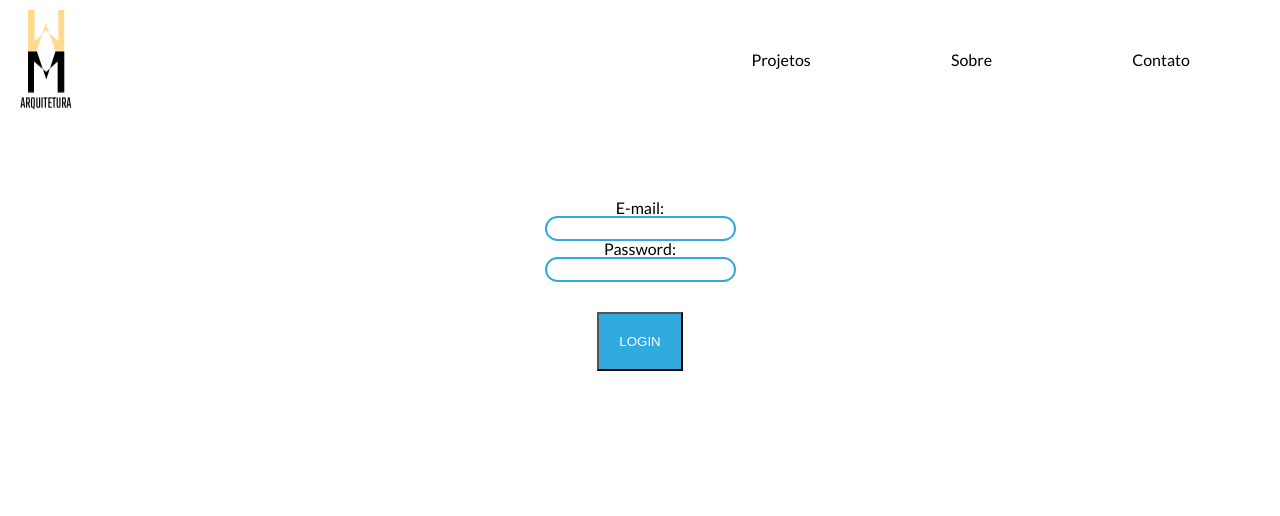
Repository: Luandro-com/wmedeiros
Page: /login
An editor plug-in stored every save of this project. The page is shown before and after the next save, followed by the edit.
The browser window is 1280 px wide. The pictures show the whole page.
The project was rebuilt for these pictures with package versions that can differ from the ones it lists, and the page was loaded fresh each time. Also part of the build but not shown: src/components/App.css, src/components/Projects.css, src/components/Projects.js, src/components/About.js, src/components/Contact.js.

Above is the page before, as saved 2018-02-07 16:35:02.

### public/index.html
<!DOCTYPE html>
<html lang="pt-br">
  <head>
    <meta charset="utf-8">
    <meta name="viewport" content="width=device-width, initial-scale=1, shrink-to-fit=no">
    <meta name="theme-color" content="#000000">
    <!--
      manifest.json provides metadata used when your web app is added to the
      homescreen on Android. See https://developers.google.com/web/fundamentals/engage-and-retain/web-app-manifest/
    -->
    <link rel="manifest" href="%PUBLIC_URL%/manifest.json">
    <link rel="shortcut icon" href="%PUBLIC_URL%/favicon.ico">
    <!--
      Notice the use of %PUBLIC_URL% in the tags above.
      It will be replaced with the URL of the `public` folder during the build.
      Only files inside the `public` folder can be referenced from the HTML.

      Unlike "/favicon.ico" or "favicon.ico", "%PUBLIC_URL%/favicon.ico" will
      work correctly both with client-side routing and a non-root public URL.
      Learn how to configure a non-root public URL by running `npm run build`.
    -->
    <title>Wesley Medeiros Arquitetura</title>
  </head>
  <body>
    <noscript>
      Você precisa estar rodando Javascript para acessar :(
    </noscript>
    <div id="root"></div>
    <!--
      This HTML file is a template.
      If you open it directly in the browser, you will see an empty page.

      You can add webfonts, meta tags, or analytics to this file.
      The build step will place the bundled scripts into the <body> tag.

      To begin the development, run `npm start` or `yarn start`.
      To create a production bundle, use `npm run build` or `yarn build`.
    -->
  </body>
</html>

### src/index.js
import React from 'react';
import ReactDOM from 'react-dom';
import firebase from 'firebase';
import './reset.css';
import './index.css';
import "typeface-lato";
import App from './components/App';
import registerServiceWorker from './registerServiceWorker';
const config = {
  apiKey: "AIzaSyAb3xJVNG-hd2F59HAXRRF4DvenRQsNYII",
  authDomain: "wmarquitetura-b9781.firebaseapp.com",
  databaseURL: "https://wmarquitetura-b9781.firebaseio.com",
  projectId: "wmarquitetura-b9781",
  storageBucket: "",
  messagingSenderId: "888983865049"
};
firebase.initializeApp(config);

ReactDOM.render(<App />, document.getElementById('root'));
registerServiceWorker();

### src/index.css
body {
  font-family: 'Lato', sans-serif
}
a {
  color: #000;
  text-decoration: none;
}

### src/components/App.js
import React from 'react'
import {
  BrowserRouter as Router,
  Route,
  Switch
} from 'react-router-dom'
import './App.css';
import Header from './Header'
import Projects from './Projects'
import About from './About'
import Contact from './Contact'
import Login from './Login'

const App = ({ location }) => (
  <Router>
    <div className="App-container">
      <Header />
      <Route
        render={({ location }) => (
            <Switch location={location}>
              <Route exact path="/" component={Projects}/>
              <Route path="/sobre" component={About}/>
              <Route path="/contato" component={Contact}/>
              <Route path="/login" component={Login}/>
            </Switch>
        )}
      />
    </div>
  </Router>
)
export default App

### src/components/Header.js
import React, { Component} from 'react';
import { NavLink } from 'react-router-dom';
import { withRouter } from 'react-router';
import './Header.css';
import Logo from '../logo.png';
import Menu from '../menu.svg';
import Close from '../close.svg';

const Links = ({ className, close }) => (
  <div className={className}>
    <NavLink activeClassName="Header-nav-active" onClick={close} exact to="/">Projetos</NavLink>
    <NavLink activeClassName="Header-nav-active" onClick={close} to="/sobre">Sobre</NavLink>
    <NavLink activeClassName="Header-nav-active" onClick={close} to="/contato">Contato</NavLink>
  </div>
)

 class Header extends Component {
  constructor (props) {
    super(props)
    this.state = {
      modalOpen: false
    }
  }

  componentWillReceiveProps(nextProps) {
    if (nextProps.history.action === "PUSH") {
      this.handleClose();
    }
  }

  handleOpen = () => {
    this.setState({
      modalOpen: true
    })
  }

  handleClose = () => {
    this.setState({
      modalOpen: false
    })
  }

  render () {
    return (
      <div className="Header-container">
        <div className="Header-modal" style={ this.state.modalOpen ? { display: 'flex' } : { display: 'none' }}>
          <div onClick={this.handleClose} className="Header-modal-button">
            <img src={Close} alt="close" />
          </div>
          <br />
          <Links className="Header-modal-body" />
        </div>
        <header className="Header" style={ !this.state.modalOpen ? { display: 'flex' } : { display: 'none' }}>
          <div className="Header-logo">
            <img src={ Logo } alt="Wesley Medeiros Arquitetura" />
          </div>
          <div onClick={this.handleOpen} className="Header-button">
            <img src={Menu} alt="menu" />
          </div>
          <Links className="Header-nav" close={this.handleClose} />
        </header>
      </div>
    );
  }
}

export default withRouter(Header);

### src/components/Login.js
import React, { Component } from 'react';
// import firebase from 'firebase';
import './Login.css';

export default class extends Component {
  constructor(props) {
    super(props)
    this.state = {
      email: 'your@email.com',
      password: ''
    }
  }

  handleSubmit = (info) => {
    console.log('Form', info)
    // const cred = firebase.auth.EmailAuthProvider.credential(
    //   email,
    //   password
    // );
  }

  render() {
    const { email, password } = this.props
    return (
      <div className="Login">
        <form onSubmit={this.handleSubmit}>
          <label>
            <h3>E-mail:</h3>
            <input type="email" onChange={(input) => this.setState({ email: input })} value={email} />
          </label>
          <label>
            <h3>Password:</h3>
            <input type="password" onChange={(input) => this.setState({ password: input })} value={password} />
          </label>
          <br />
          <button type="submit" value="Submit">
            Login
          </button>
        </form>
      </div>
    );
  }
}

### src/components/Header.css
.Header-container {
}

.Header {
  display: flex;
  justify-content: space-around;
  align-items: center;
  padding: 10px 20px;
}

.Header-logo {
  height: 100px;
  width: 80%;
}

.Header-logo img {
  height: 100px;
  width: 52px;
}

.Header-button {
  position: fixed;
  top: 20px;
  right: 20px;
  background: #fff;
  padding: 5px;
  border-radius: 15%;
}

.Header-button img, .Header-modal-button img {
  width: 25px;
  height: 25px;
}

.Header-nav {
  display: none;
}

.Header-nav-active {
  color: #F6B352;
}

.Header-modal {
  width: 100%;
  height: 100vh;
  background: rgba(0,0,0,0.85);
  overflow-y: hidden;
  overflow-x: auto;
  position: fixed;
  top: 0;
  left: 0;
}

.Header-modal-button {
  position: fixed;
  top: 20px;
  right: 20px;
}

.Header-modal-body {
  display: flex;
  flex-direction: column;
  padding: 100px 0 0;
  text-align: center;
  margin: 0 auto;
}

.Header-modal-body a {
  color: #fff;
  text-align: center;
  font-size: 2.5em;
  padding: 10% 0;
  text-transform: uppercase;
}

.Header-modal-open {
  display: flex;
}

.Header-modal-closed {
  display: none;
}

@media screen and (min-width: 720px) {
  .Header-button {
    display: none;
  }
  .Header-nav {
    width: 70%;
    display: flex;
    justify-content: space-around;
    align-items: center;
  }
}

### src/components/Login.css
.Login {
  width: 80%;
  margin: 0 auto;
  text-align: center;
  padding-top: 80px;
}

.Login form > * {
  margin: 30px 0;
}

.Login input {
  border: 2px solid #30A9DE;
  padding: 3px 5px;
  border-radius: 15px;
}

.Login button {
  padding: 20px;
  background: #30A9DE;
  color: #fff;
  text-align: center;
  text-transform: uppercase;
}

Loaded but not shown: src/reset.css (common file); src/registerServiceWorker.js (common file)

After the next save:
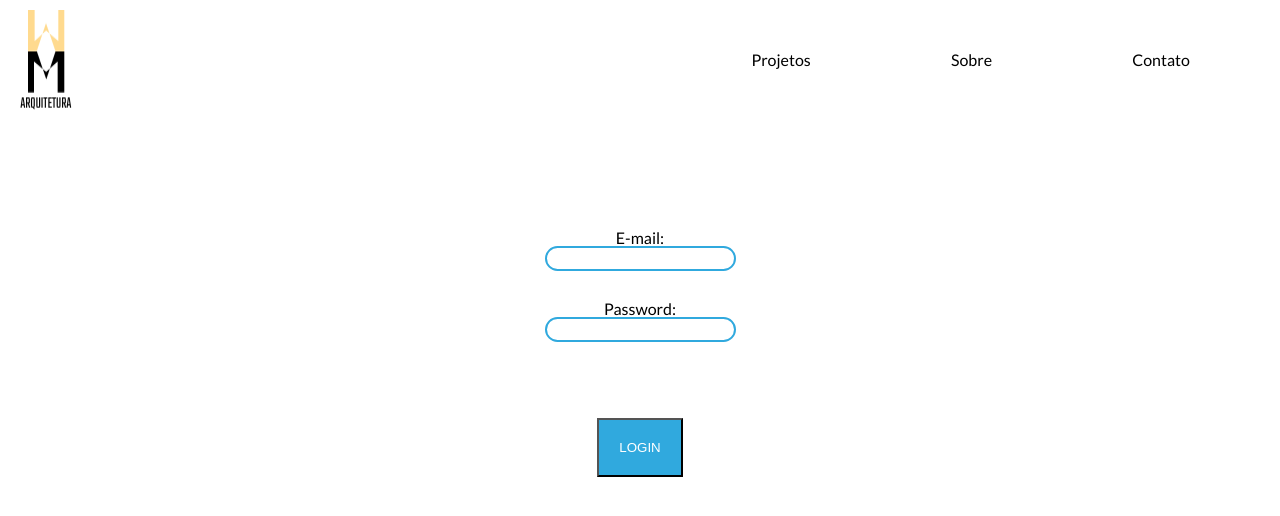
Saved 12 s later.
--- a/src/components/Login.js
+++ b/src/components/Login.js
@@ -24,14 +24,14 @@
     return (
       <div className="Login">
         <form onSubmit={this.handleSubmit}>
-          <label>
+          <div>
             <h3>E-mail:</h3>
             <input type="email" onChange={(input) => this.setState({ email: input })} value={email} />
-          </label>
-          <label>
+          </div>
+          <div>
             <h3>Password:</h3>
             <input type="password" onChange={(input) => this.setState({ password: input })} value={password} />
-          </label>
+          </div>
           <br />
           <button type="submit" value="Submit">
             Login
